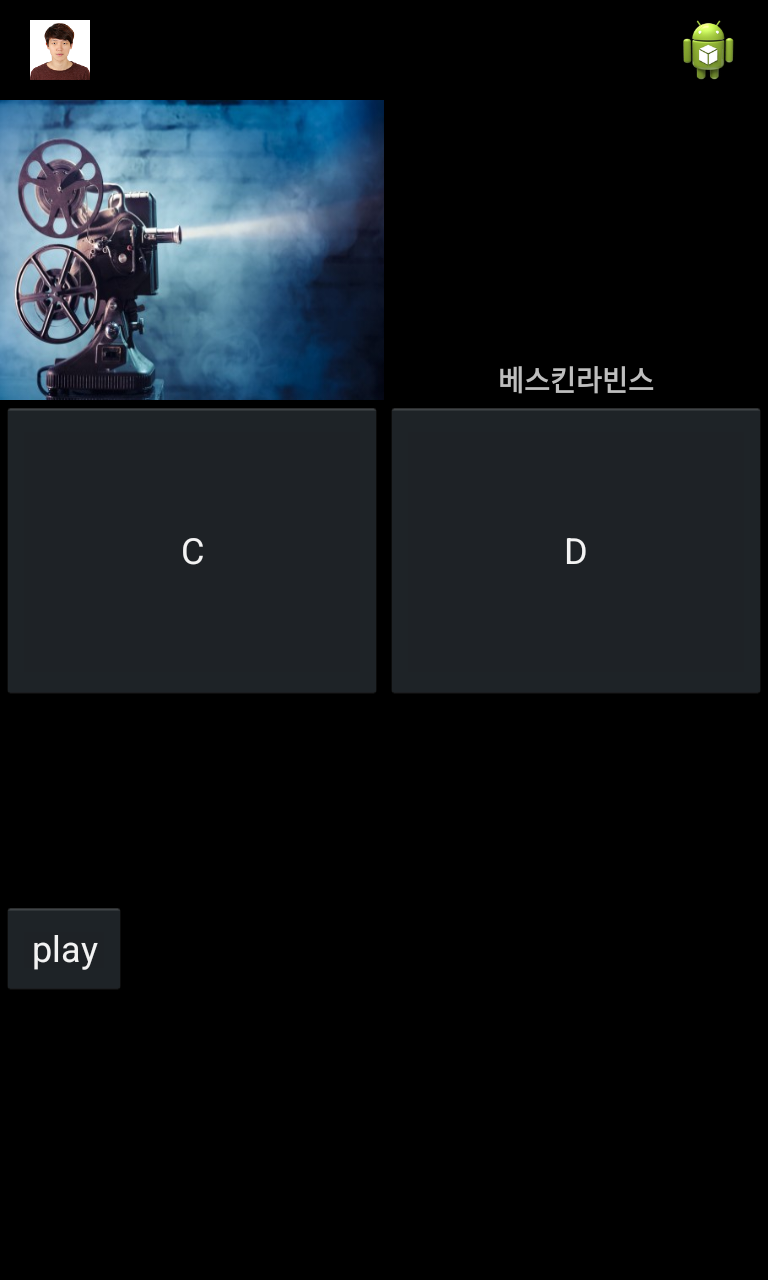
Repository: Minsu-Daniel-Kim/tipinboard1.0
Layout: TipinBoard1.0/res/layout/activity_main.xml
An editor plug-in stored every save of this project. The layout is shown before and after the next save, followed by the edit.
It is drawn on a 768 x 1280 px phone screen (xhdpi) without system bars, with theme android:Theme.Holo; the app's code is not run.

Above is the layout before, as saved 2013-04-15 14:08:35.

After the next save:
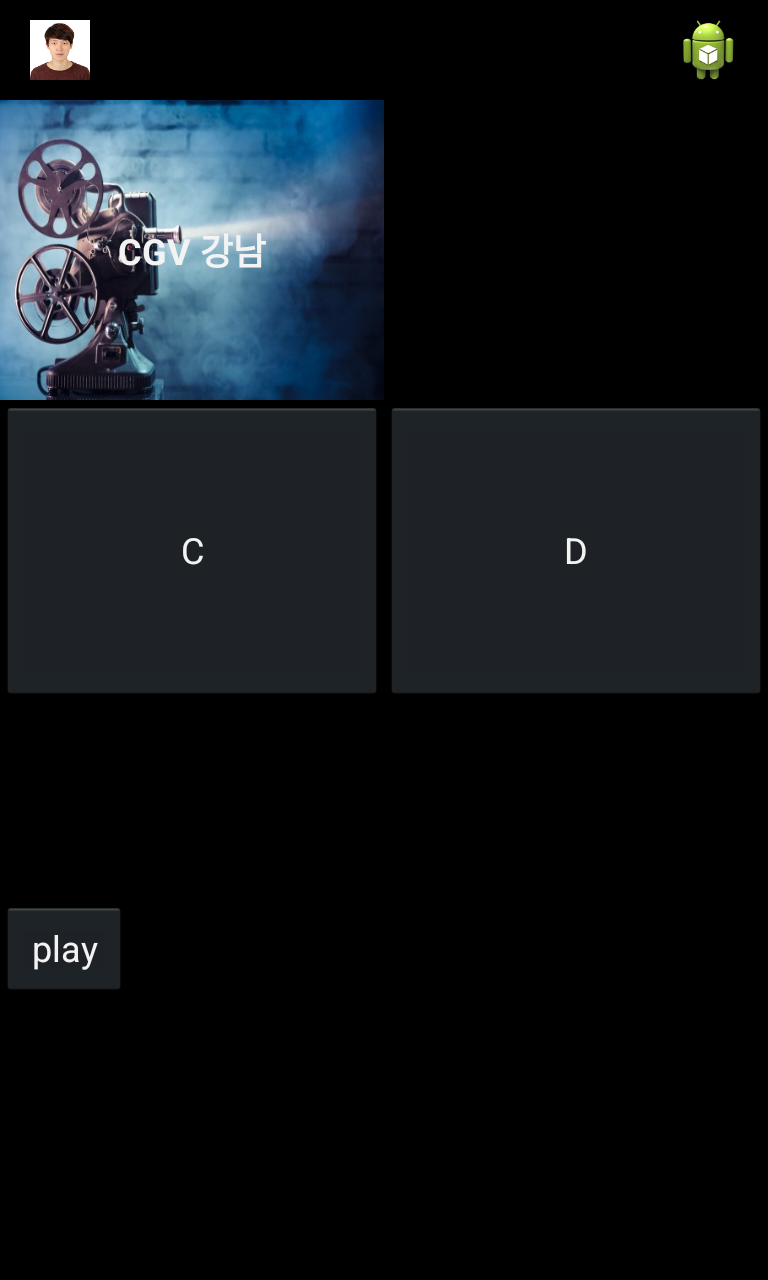
Saved 34 s later.
--- a/TipinBoard1.0/res/layout/activity_main.xml
+++ b/TipinBoard1.0/res/layout/activity_main.xml
@@ -52,7 +52,7 @@
         android:layout_height="wrap_content"
         android:orientation="horizontal" >
 
-        <ImageButton
+        <Button
             android:id="@+id/button1"
             android:layout_width="0dp"
             android:layout_height="150dp"
@@ -60,6 +60,7 @@
             android:background="@drawable/movie"
             android:onClick="detail"
             android:text="CGV 강남"
+            android:scaleType="centerCrop"
             android:textStyle="bold" />
 
         <RelativeLayout
